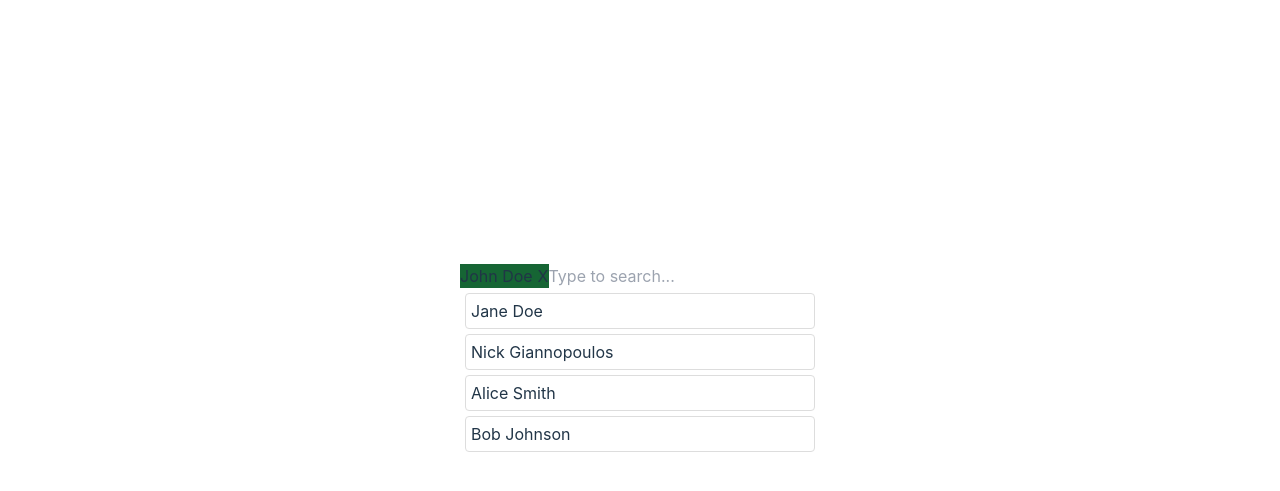
Repository: Ayansaxena24/Chip
Page: /, after clicking the first element matching `li`
An editor plug-in stored every save of this project. The page is shown before and after the next save, followed by the edit.
The browser window is 1280 px wide. The pictures show the whole page.
Some web libraries are served in a nearby version. The project was rebuilt for these pictures with package versions that can differ from the ones it lists, and the page was loaded fresh each time. Also part of the build but not shown: vite.config.ts.

Above is the page before, as saved 2024-01-16 03:06:48.

After the next save:
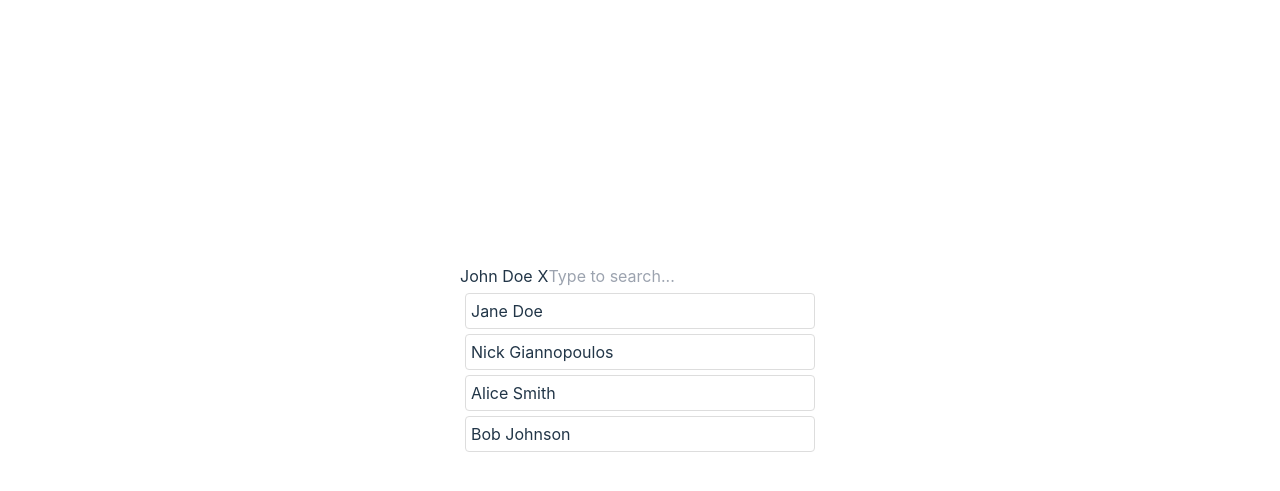
Saved 13 s later.
--- a/src/ChipInput.tsx
+++ b/src/ChipInput.tsx
@@ -78,7 +78,7 @@ const ChipInput: React.FC = () => {
           {chips.map((chip) => (
             <div
               key={chip.id}
-              className="bg-green-800 hover:bg-blue-500"
+              className=""
               onClick={() => handleChipRemove(chip.id)}
             >
               {chip.label}
